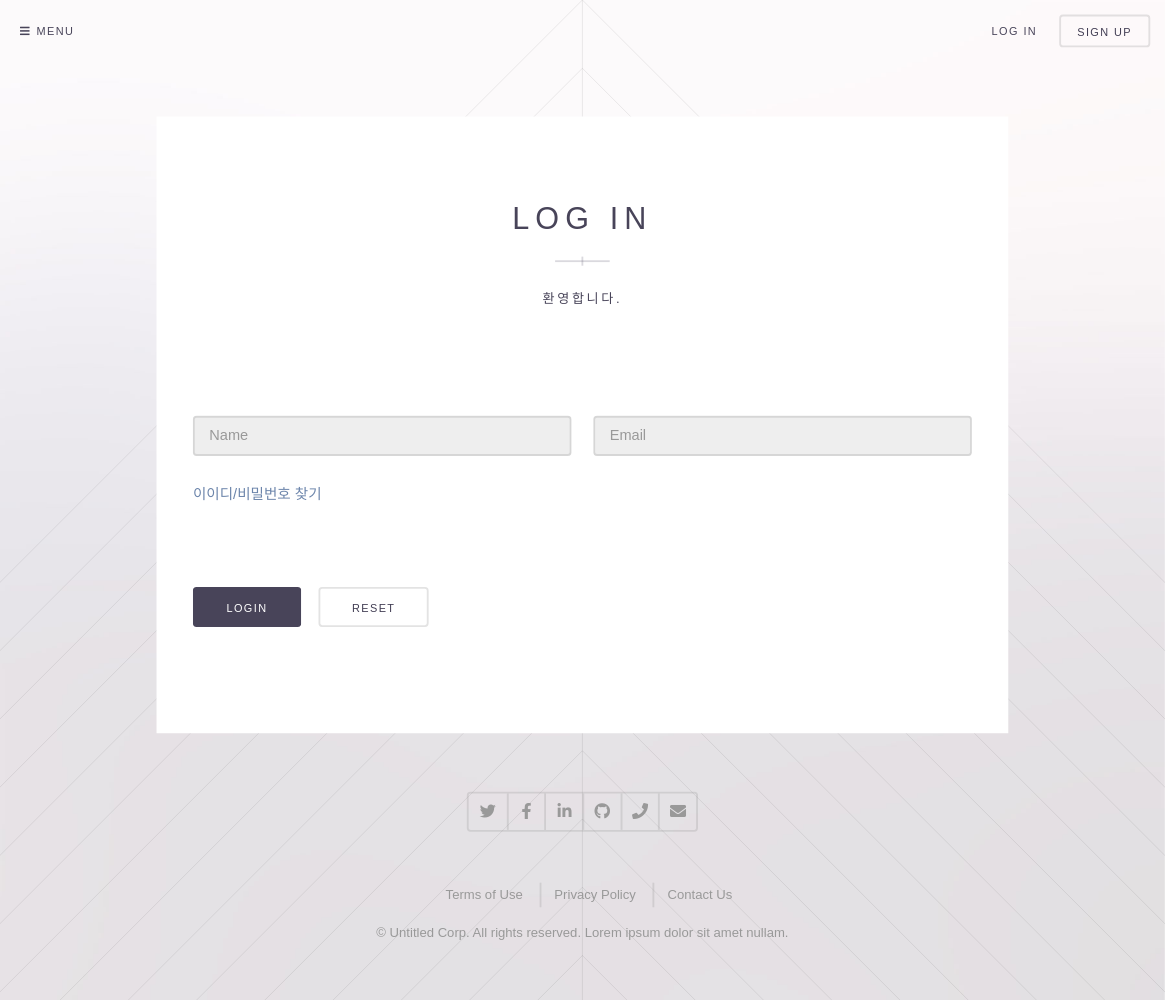
Repository: WKMoon/JavaScript-Project
Page: myFront/WebContent/login.html
These files come from the project's save history. The page is drawn as it stood at one moment and after the next save; the edit follows.
The browser window is 1280 px wide. The pictures show the whole page, at 91% of full size.
Some web fonts or font styles are not loaded; a fallback is used.

Above is the page before, as saved 2021-02-25 07:19:31.

### myFront/WebContent/login.html
<!DOCTYPE html>
<html>
<head>
<meta charset="UTF-8">
<meta name="viewport" content="width=device-width, initial-scale=1, user-scalable=no" />
<link rel="stylesheet" href="assets/css/main.css" />
<title>Log In</title>
</head>
	<body class="is-preload">

		<!-- Header -->
			<header id="header">
				<a href="#menu">Menu</a>
				<a href="login.html">Log In</a>
				<a href="signup.html" class="button">Sign Up</a>
			</header>

		<!-- Nav -->
			<nav id="menu">
				<ul class="links">
					<li><a href="index.html">Home</a></li>
					<li><a href="generic.html">Generic</a></li>
					<li><a href="elements.html">Elements</a></li>
				</ul>
				<ul class="actions stacked">
					<li><a href="login.html" class="button primary fit">Log In</a></li>
					<li><a href="signup.html" class="button fit">Sign Up</a></li>
				</ul>
			</nav>


		<!-- Main -->
			<section id="main" class="wrapper style1">
				<div class="inner">

					<!-- Title -->
						<header class="major special">
							<h1>Log In</h1>
							<p>환영합니다.</p>
						</header>

					<!-- Content -->
						<div class="content">
							<form method="post" action="#">
											<div class="row">
												<div class="col-6 col-12-xsmall">
													<input type="text" name="name" id="name" value="" placeholder="Name" />
												</div>
												<div class="col-6 col-12-xsmall">
													<input type="email" name="email" id="email" value="" placeholder="Email" />
												</div>



												<div class="col-6 col-12-small" style=" margin-bottom:10%;">
													<a href="agreement.html"style="text-decoration: none;">이이디/비밀번호 찾기</a>

												</div>
												<!-- Break -->

												<!-- Break -->
												<div class="col-12">
													<ul class="actions">
														<li><input type="submit" value="Login" class="primary" /></li>
														<li><input type="reset" value="Reset" /></li>
													</ul>
												</div>
											</div>
										</form>
						</div>

				</div>
			</section>

		<!-- Footer -->
			<footer id="footer">
				<ul class="alt-icons">
					<li><a href="#" class="icon brands fa-twitter"><span class="label">Twitter</span></a></li>
					<li><a href="#" class="icon brands fa-facebook-f"><span class="label">Facebook</span></a></li>
					<li><a href="#" class="icon brands fa-linkedin-in"><span class="label">LinkedIn</span></a></li>
					<li><a href="#" class="icon brands fa-github"><span class="label">GitHub</span></a></li>
					<li><a href="#" class="icon solid fa-phone"><span class="label">Phone</span></a></li>
					<li><a href="#" class="icon solid fa-envelope"><span class="label">Email</span></a></li>
				</ul>
				<ul class="menu">
					<li><a href="#">Terms of Use</a></li>
					<li><a href="#">Privacy Policy</a></li>
					<li><a href="#">Contact Us</a></li>
				</ul>
				<p class="copyright">
					&copy; Untitled Corp. All rights reserved. Lorem ipsum dolor sit amet nullam.
				</p>
			</footer>

		<!-- Scripts -->
			<script src="assets/js/jquery.min.js"></script>
			<script src="assets/js/jquery.scrolly.min.js"></script>
			<script src="assets/js/jquery.scrollex.min.js"></script>
			<script src="assets/js/browser.min.js"></script>
			<script src="assets/js/breakpoints.min.js"></script>
			<script src="assets/js/util.js"></script>
			<script src="assets/js/main.js"></script>

	</body>
</html>

Loaded but not shown: myFront/WebContent/assets/js/jquery.min.js (library); myFront/WebContent/assets/js/jquery.scrolly.min.js (common file); myFront/WebContent/assets/js/jquery.scrollex.min.js (common file); myFront/WebContent/assets/js/browser.min.js (common file); myFront/WebContent/assets/js/breakpoints.min.js (common file); myFront/WebContent/assets/css/fontawesome-all.min.css (library); myFront/WebContent/assets/js/util.js (587 lines, source omitted); myFront/WebContent/assets/js/main.js (57 lines, source omitted); myFront/WebContent/assets/css/main.css (4487 lines, source omitted)

After the next save:
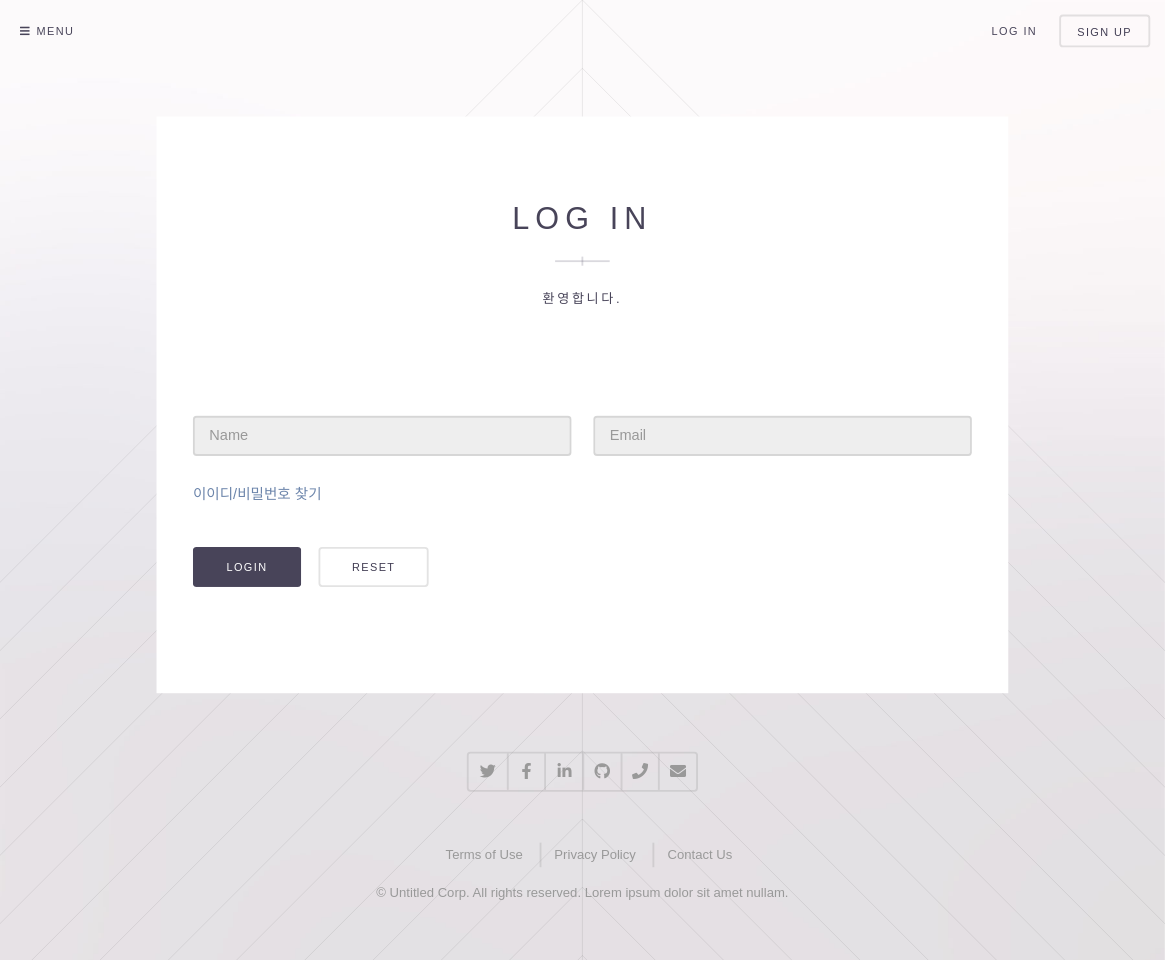
Saved 28 s later.
--- a/myFront/WebContent/login.html
+++ b/myFront/WebContent/login.html
@@ -52,7 +52,7 @@
 
 
 
-												<div class="col-6 col-12-small" style=" margin-bottom:10%;">
+												<div class="col-6 col-12-small" style=" margin-bottom:5%;">
 													<a href="agreement.html"style="text-decoration: none;">이이디/비밀번호 찾기</a>
 
 												</div>
